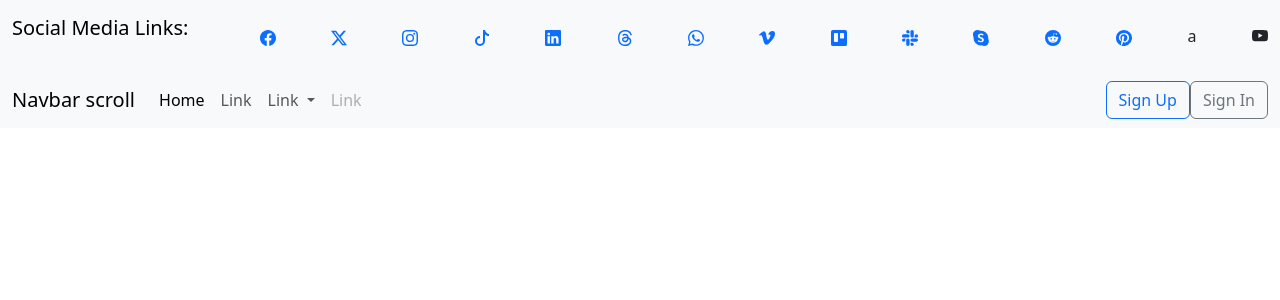
Repository: HaziimYassien/The-Discount-Empire
Page: index.html
The author's editor kept a copy of each file at every save. The page is drawn from the files as they stood at one save, then again after a run of saves.
The browser window is 1280 px wide. The pictures show the whole page.

Above is the page before, as saved 2024-01-24 17:35:19.

### index.html
<!DOCTYPE html>
<html lang="en">
  <head>
    <meta charset="UTF-8" />
    <meta name="viewport" content="width=device-width, initial-scale=1.0" />
    <link rel="stylesheet" href="/style.css" />
    <link rel="stylesheet" href="/css/bootstrap.css" />
    <title>Document</title>
  </head>
  <body>
    <!-- START _SocialMediaBar -->
<nav class="navbar sticky-top navbar-light bg-light">
  <div class="container-fluid">
    <p class="navbar-brand" href="#">Social Media Links: </p>
    <a href="#">
 <svg xmlns="http://www.w3.org/2000/svg" width="16" height="16" fill="currentColor" class="bi bi-facebook" viewBox="0 0 16 16">
  <path d="M16 8.049c0-4.446-3.582-8.05-8-8.05C3.58 0-.002 3.603-.002 8.05c0 4.017 2.926 7.347 6.75 7.951v-5.625h-2.03V8.05H6.75V6.275c0-2.017 1.195-3.131 3.022-3.131.876 0 1.791.157 1.791.157v1.98h-1.009c-.993 0-1.303.621-1.303 1.258v1.51h2.218l-.354 2.326H9.25V16c3.824-.604 6.75-3.934 6.75-7.951"/>
</svg>
    </a>

    <a href="#">
<svg xmlns="http://www.w3.org/2000/svg" width="16" height="16" fill="currentColor" class="bi bi-twitter-x" viewBox="0 0 16 16">
  <path d="M12.6.75h2.454l-5.36 6.142L16 15.25h-4.937l-3.867-5.07-4.425 5.07H.316l5.733-6.57L0 .75h5.063l3.495 4.633L12.601.75Zm-.86 13.028h1.36L4.323 2.145H2.865z"/>
</svg>
</a>
<a href="#">
<svg xmlns="http://www.w3.org/2000/svg" width="16" height="16" fill="currentColor" class="bi bi-instagram" viewBox="0 0 16 16">
  <path d="M8 0C5.829 0 5.556.01 4.703.048 3.85.088 3.269.222 2.76.42a3.9 3.9 0 0 0-1.417.923A3.9 3.9 0 0 0 .42 2.76C.222 3.268.087 3.85.048 4.7.01 5.555 0 5.827 0 8.001c0 2.172.01 2.444.048 3.297.04.852.174 1.433.372 1.942.205.526.478.972.923 1.417.444.445.89.719 1.416.923.51.198 1.09.333 1.942.372C5.555 15.99 5.827 16 8 16s2.444-.01 3.298-.048c.851-.04 1.434-.174 1.943-.372a3.9 3.9 0 0 0 1.416-.923c.445-.445.718-.891.923-1.417.197-.509.332-1.09.372-1.942C15.99 10.445 16 10.173 16 8s-.01-2.445-.048-3.299c-.04-.851-.175-1.433-.372-1.941a3.9 3.9 0 0 0-.923-1.417A3.9 3.9 0 0 0 13.24.42c-.51-.198-1.092-.333-1.943-.372C10.443.01 10.172 0 7.998 0zm-.717 1.442h.718c2.136 0 2.389.007 3.232.046.78.035 1.204.166 1.486.275.373.145.64.319.92.599s.453.546.598.92c.11.281.24.705.275 1.485.039.843.047 1.096.047 3.231s-.008 2.389-.047 3.232c-.035.78-.166 1.203-.275 1.485a2.5 2.5 0 0 1-.599.919c-.28.28-.546.453-.92.598-.28.11-.704.24-1.485.276-.843.038-1.096.047-3.232.047s-2.39-.009-3.233-.047c-.78-.036-1.203-.166-1.485-.276a2.5 2.5 0 0 1-.92-.598 2.5 2.5 0 0 1-.6-.92c-.109-.281-.24-.705-.275-1.485-.038-.843-.046-1.096-.046-3.233s.008-2.388.046-3.231c.036-.78.166-1.204.276-1.486.145-.373.319-.64.599-.92s.546-.453.92-.598c.282-.11.705-.24 1.485-.276.738-.034 1.024-.044 2.515-.045zm4.988 1.328a.96.96 0 1 0 0 1.92.96.96 0 0 0 0-1.92m-4.27 1.122a4.109 4.109 0 1 0 0 8.217 4.109 4.109 0 0 0 0-8.217m0 1.441a2.667 2.667 0 1 1 0 5.334 2.667 2.667 0 0 1 0-5.334"/>
</svg>
</a>
<a href="#">
<svg xmlns="http://www.w3.org/2000/svg" width="16" height="16" fill="currentColor" class="bi bi-tiktok" viewBox="0 0 16 16">
  <path d="M9 0h1.98c.144.715.54 1.617 1.235 2.512C12.895 3.389 13.797 4 15 4v2c-1.753 0-3.07-.814-4-1.829V11a5 5 0 1 1-5-5v2a3 3 0 1 0 3 3z"/>
</svg>
</a>
<a href="#">
<svg xmlns="http://www.w3.org/2000/svg" width="16" height="16" fill="currentColor" class="bi bi-linkedin" viewBox="0 0 16 16">
  <path d="M0 1.146C0 .513.526 0 1.175 0h13.65C15.474 0 16 .513 16 1.146v13.708c0 .633-.526 1.146-1.175 1.146H1.175C.526 16 0 15.487 0 14.854zm4.943 12.248V6.169H2.542v7.225zm-1.2-8.212c.837 0 1.358-.554 1.358-1.248-.015-.709-.52-1.248-1.342-1.248S2.4 3.226 2.4 3.934c0 .694.521 1.248 1.327 1.248zm4.908 8.212V9.359c0-.216.016-.432.08-.586.173-.431.568-.878 1.232-.878.869 0 1.216.662 1.216 1.634v3.865h2.401V9.25c0-2.22-1.184-3.252-2.764-3.252-1.274 0-1.845.7-2.165 1.193v.025h-.016l.016-.025V6.169h-2.4c.03.678 0 7.225 0 7.225z"/>
</svg>
</a>
<a href="#">
<svg xmlns="http://www.w3.org/2000/svg" width="16" height="16" fill="currentColor" class="bi bi-threads" viewBox="0 0 16 16">
  <path d="M6.321 6.016c-.27-.18-1.166-.802-1.166-.802.756-1.081 1.753-1.502 3.132-1.502.975 0 1.803.327 2.394.948s.928 1.509 1.005 2.644q.492.207.905.484c1.109.745 1.719 1.86 1.719 3.137 0 2.716-2.226 5.075-6.256 5.075C4.594 16 1 13.987 1 7.994 1 2.034 4.482 0 8.044 0 9.69 0 13.55.243 15 5.036l-1.36.353C12.516 1.974 10.163 1.43 8.006 1.43c-3.565 0-5.582 2.171-5.582 6.79 0 4.143 2.254 6.343 5.63 6.343 2.777 0 4.847-1.443 4.847-3.556 0-1.438-1.208-2.127-1.27-2.127-.236 1.234-.868 3.31-3.644 3.31-1.618 0-3.013-1.118-3.013-2.582 0-2.09 1.984-2.847 3.55-2.847.586 0 1.294.04 1.663.114 0-.637-.54-1.728-1.9-1.728-1.25 0-1.566.405-1.967.868ZM8.716 8.19c-2.04 0-2.304.87-2.304 1.416 0 .878 1.043 1.168 1.6 1.168 1.02 0 2.067-.282 2.232-2.423a6.2 6.2 0 0 0-1.528-.161"/>
</svg>
</a>
<a href="#">
<svg xmlns="http://www.w3.org/2000/svg" width="16" height="16" fill="currentColor" class="bi bi-whatsapp" viewBox="0 0 16 16">
  <path d="M13.601 2.326A7.85 7.85 0 0 0 7.994 0C3.627 0 .068 3.558.064 7.926c0 1.399.366 2.76 1.057 3.965L0 16l4.204-1.102a7.9 7.9 0 0 0 3.79.965h.004c4.368 0 7.926-3.558 7.93-7.93A7.9 7.9 0 0 0 13.6 2.326zM7.994 14.521a6.6 6.6 0 0 1-3.356-.92l-.24-.144-2.494.654.666-2.433-.156-.251a6.56 6.56 0 0 1-1.007-3.505c0-3.626 2.957-6.584 6.591-6.584a6.56 6.56 0 0 1 4.66 1.931 6.56 6.56 0 0 1 1.928 4.66c-.004 3.639-2.961 6.592-6.592 6.592m3.615-4.934c-.197-.099-1.17-.578-1.353-.646-.182-.065-.315-.099-.445.099-.133.197-.513.646-.627.775-.114.133-.232.148-.43.05-.197-.1-.836-.308-1.592-.985-.59-.525-.985-1.175-1.103-1.372-.114-.198-.011-.304.088-.403.087-.088.197-.232.296-.346.1-.114.133-.198.198-.33.065-.134.034-.248-.015-.347-.05-.099-.445-1.076-.612-1.47-.16-.389-.323-.335-.445-.34-.114-.007-.247-.007-.38-.007a.73.73 0 0 0-.529.247c-.182.198-.691.677-.691 1.654s.71 1.916.81 2.049c.098.133 1.394 2.132 3.383 2.992.47.205.84.326 1.129.418.475.152.904.129 1.246.08.38-.058 1.171-.48 1.338-.943.164-.464.164-.86.114-.943-.049-.084-.182-.133-.38-.232"/>
</svg>
</a>
<a href="#">
<svg xmlns="http://www.w3.org/2000/svg" width="16" height="16" fill="currentColor" class="bi bi-vimeo" viewBox="0 0 16 16">
  <path d="M15.992 4.204q-.106 2.334-3.262 6.393-3.263 4.243-5.522 4.243-1.4 0-2.367-2.583L3.55 7.523Q2.83 4.939 2.007 4.94q-.178.001-1.254.754L0 4.724a210 210 0 0 0 2.334-2.081q1.581-1.364 2.373-1.437 1.865-.185 2.298 2.553.466 2.952.646 3.666.54 2.447 1.186 2.445.5 0 1.508-1.587 1.006-1.587 1.077-2.415.144-1.37-1.077-1.37a3 3 0 0 0-1.185.261q1.183-3.86 4.508-3.756 2.466.075 2.324 3.2z"/>
</svg>
</a>
<a href="#">
<svg xmlns="http://www.w3.org/2000/svg" width="16" height="16" fill="currentColor" class="bi bi-trello" viewBox="0 0 16 16">
  <path d="M14.1 0H1.903C.852 0 .002.85 0 1.9v12.19A1.9 1.9 0 0 0 1.902 16h12.199A1.9 1.9 0 0 0 16 14.09V1.9A1.9 1.9 0 0 0 14.1 0M7 11.367a.636.636 0 0 1-.64.633H3.593a.633.633 0 0 1-.63-.633V3.583c0-.348.281-.631.63-.633h2.765c.35.002.632.284.633.633zm6.052-3.5a.633.633 0 0 1-.64.633h-2.78A.636.636 0 0 1 9 7.867V3.583a.636.636 0 0 1 .633-.633h2.778c.35.002.631.285.631.633z"/>
</svg>
</a>
<a href="#">
<svg xmlns="http://www.w3.org/2000/svg" width="16" height="16" fill="currentColor" class="bi bi-slack" viewBox="0 0 16 16">
  <path d="M3.362 10.11c0 .926-.756 1.681-1.681 1.681S0 11.036 0 10.111.756 8.43 1.68 8.43h1.682zm.846 0c0-.924.756-1.68 1.681-1.68s1.681.756 1.681 1.68v4.21c0 .924-.756 1.68-1.68 1.68a1.685 1.685 0 0 1-1.682-1.68zM5.89 3.362c-.926 0-1.682-.756-1.682-1.681S4.964 0 5.89 0s1.68.756 1.68 1.68v1.682zm0 .846c.924 0 1.68.756 1.68 1.681S6.814 7.57 5.89 7.57H1.68C.757 7.57 0 6.814 0 5.89c0-.926.756-1.682 1.68-1.682zm6.749 1.682c0-.926.755-1.682 1.68-1.682S16 4.964 16 5.889s-.756 1.681-1.68 1.681h-1.681zm-.848 0c0 .924-.755 1.68-1.68 1.68A1.685 1.685 0 0 1 8.43 5.89V1.68C8.43.757 9.186 0 10.11 0c.926 0 1.681.756 1.681 1.68zm-1.681 6.748c.926 0 1.682.756 1.682 1.681S11.036 16 10.11 16s-1.681-.756-1.681-1.68v-1.682h1.68zm0-.847c-.924 0-1.68-.755-1.68-1.68s.756-1.681 1.68-1.681h4.21c.924 0 1.68.756 1.68 1.68 0 .926-.756 1.681-1.68 1.681z"/>
</svg>
</a>
<a href="#">
<svg xmlns="http://www.w3.org/2000/svg" width="16" height="16" fill="currentColor" class="bi bi-skype" viewBox="0 0 16 16">
  <path d="M4.671 0c.88 0 1.733.247 2.468.702a7.42 7.42 0 0 1 6.02 2.118 7.37 7.37 0 0 1 2.167 5.215q0 .517-.072 1.026a4.66 4.66 0 0 1 .6 2.281 4.64 4.64 0 0 1-1.37 3.294A4.67 4.67 0 0 1 11.18 16c-.84 0-1.658-.226-2.37-.644a7.42 7.42 0 0 1-6.114-2.107A7.37 7.37 0 0 1 .529 8.035q0-.545.08-1.081a4.644 4.644 0 0 1 .76-5.59A4.68 4.68 0 0 1 4.67 0zm.447 7.01c.18.309.43.572.729.769a7 7 0 0 0 1.257.653q.737.308 1.145.523c.229.112.437.264.615.448.135.142.21.331.21.528a.87.87 0 0 1-.335.723c-.291.196-.64.289-.99.264a2.6 2.6 0 0 1-1.048-.206 11 11 0 0 1-.532-.253 1.3 1.3 0 0 0-.587-.15.72.72 0 0 0-.501.176.63.63 0 0 0-.195.491.8.8 0 0 0 .148.482 1.2 1.2 0 0 0 .456.354 5.1 5.1 0 0 0 2.212.419 4.6 4.6 0 0 0 1.624-.265 2.3 2.3 0 0 0 1.08-.801c.267-.39.402-.855.386-1.327a2.1 2.1 0 0 0-.279-1.101 2.5 2.5 0 0 0-.772-.792A7 7 0 0 0 8.486 7.3a1 1 0 0 0-.145-.058 18 18 0 0 1-1.013-.447 1.8 1.8 0 0 1-.54-.387.73.73 0 0 1-.2-.508.8.8 0 0 1 .385-.723 1.76 1.76 0 0 1 .968-.247c.26-.003.52.03.772.096q.412.119.802.293c.105.049.22.075.336.076a.6.6 0 0 0 .453-.19.7.7 0 0 0 .18-.496.72.72 0 0 0-.17-.476 1.4 1.4 0 0 0-.556-.354 3.7 3.7 0 0 0-.708-.183 6 6 0 0 0-1.022-.078 4.5 4.5 0 0 0-1.536.258 2.7 2.7 0 0 0-1.174.784 1.9 1.9 0 0 0-.45 1.287c-.01.37.076.736.25 1.063"/>
</svg>
</a>
<a href="#">
<svg xmlns="http://www.w3.org/2000/svg" width="16" height="16" fill="currentColor" class="bi bi-reddit" viewBox="0 0 16 16">
  <path d="M6.167 8a.83.83 0 0 0-.83.83c0 .459.372.84.83.831a.831.831 0 0 0 0-1.661m1.843 3.647c.315 0 1.403-.038 1.976-.611a.23.23 0 0 0 0-.306.213.213 0 0 0-.306 0c-.353.363-1.126.487-1.67.487-.545 0-1.308-.124-1.671-.487a.213.213 0 0 0-.306 0 .213.213 0 0 0 0 .306c.564.563 1.652.61 1.977.61zm.992-2.807c0 .458.373.83.831.83s.83-.381.83-.83a.831.831 0 0 0-1.66 0z"/>
  <path d="M16 8A8 8 0 1 1 0 8a8 8 0 0 1 16 0m-3.828-1.165c-.315 0-.602.124-.812.325-.801-.573-1.9-.945-3.121-.993l.534-2.501 1.738.372a.83.83 0 1 0 .83-.869.83.83 0 0 0-.744.468l-1.938-.41a.2.2 0 0 0-.153.028.2.2 0 0 0-.086.134l-.592 2.788c-1.24.038-2.358.41-3.17.992-.21-.2-.496-.324-.81-.324a1.163 1.163 0 0 0-.478 2.224q-.03.17-.029.353c0 1.795 2.091 3.256 4.669 3.256s4.668-1.451 4.668-3.256c0-.114-.01-.238-.029-.353.401-.181.688-.592.688-1.069 0-.65-.525-1.165-1.165-1.165"/>
</svg>
</a>
<a href="#">
<svg xmlns="http://www.w3.org/2000/svg" width="16" height="16" fill="currentColor" class="bi bi-pinterest" viewBox="0 0 16 16">
  <path d="M8 0a8 8 0 0 0-2.915 15.452c-.07-.633-.134-1.606.027-2.297.146-.625.938-3.977.938-3.977s-.239-.479-.239-1.187c0-1.113.645-1.943 1.448-1.943.682 0 1.012.512 1.012 1.127 0 .686-.437 1.712-.663 2.663-.188.796.4 1.446 1.185 1.446 1.422 0 2.515-1.5 2.515-3.664 0-1.915-1.377-3.254-3.342-3.254-2.276 0-3.612 1.707-3.612 3.471 0 .688.265 1.425.595 1.826a.24.24 0 0 1 .056.23c-.061.252-.196.796-.222.907-.035.146-.116.177-.268.107-1-.465-1.624-1.926-1.624-3.1 0-2.523 1.834-4.84 5.286-4.84 2.775 0 4.932 1.977 4.932 4.62 0 2.757-1.739 4.976-4.151 4.976-.811 0-1.573-.421-1.834-.919l-.498 1.902c-.181.695-.669 1.566-.995 2.097A8 8 0 1 0 8 0"/>
</svg>
</a>
a
<svg xmlns="http://www.w3.org/2000/svg" width="16" height="16" fill="currentColor" class="bi bi-youtube" viewBox="0 0 16 16">
  <path d="M8.051 1.999h.089c.822.003 4.987.033 6.11.335a2.01 2.01 0 0 1 1.415 1.42c.101.38.172.883.22 1.402l.01.104.022.26.008.104c.065.914.073 1.77.074 1.957v.075c-.001.194-.01 1.108-.082 2.06l-.008.105-.009.104c-.05.572-.124 1.14-.235 1.558a2.01 2.01 0 0 1-1.415 1.42c-1.16.312-5.569.334-6.18.335h-.142c-.309 0-1.587-.006-2.927-.052l-.17-.006-.087-.004-.171-.007-.171-.007c-1.11-.049-2.167-.128-2.654-.26a2.01 2.01 0 0 1-1.415-1.419c-.111-.417-.185-.986-.235-1.558L.09 9.82l-.008-.104A31 31 0 0 1 0 7.68v-.123c.002-.215.01-.958.064-1.778l.007-.103.003-.052.008-.104.022-.26.01-.104c.048-.519.119-1.023.22-1.402a2.01 2.01 0 0 1 1.415-1.42c.487-.13 1.544-.21 2.654-.26l.17-.007.172-.006.086-.003.171-.007A100 100 0 0 1 7.858 2zM6.4 5.209v4.818l4.157-2.408z"/>
</svg>
  </div>
</nav>
    <!-- END _SocialMediaBar -->
    <!-- START _NavBar -->
    <nav class="navbar navbar-expand-lg navbar-light bg-light">
      <div class="container-fluid">
        <a class="navbar-brand" href="#">Navbar scroll</a>
        <button
          class="navbar-toggler"
          type="button"
          data-bs-toggle="collapse"
          data-bs-target="#navbarScroll"
          aria-controls="navbarScroll"
          aria-expanded="false"
          aria-label="Toggle navigation"
        >
          <span class="navbar-toggler-icon"></span>
        </button>
        <div class="collapse navbar-collapse" id="navbarScroll">
          <ul
            class="navbar-nav me-auto my-2 my-lg-0 navbar-nav-scroll"
            style="--bs-scroll-height: 100px"
          >
            <li class="nav-item">
              <a class="nav-link active" aria-current="page" href="#">Home</a>
            </li>
            <li class="nav-item">
              <a class="nav-link" href="#">Link</a>
            </li>
            <li class="nav-item dropdown">
              <a
                class="nav-link dropdown-toggle"
                href="#"
                id="navbarScrollingDropdown"
                role="button"
                data-bs-toggle="dropdown"
                aria-expanded="false"
              >
                Link
              </a>
              <ul
                class="dropdown-menu"
                aria-labelledby="navbarScrollingDropdown"
              >
                <li><a class="dropdown-item" href="#">Action</a></li>
                <li><a class="dropdown-item" href="#">Another action</a></li>
                <li><hr class="dropdown-divider" /></li>
                <li>
                  <a class="dropdown-item" href="#">Something else here</a>
                </li>
              </ul>
            </li>
            <li class="nav-item">
              <a
                class="nav-link disabled"
                href="#"
                tabindex="-1"
                aria-disabled="true"
                >Link</a
              >
            </li>
          </ul>

            <button class="btn btn-outline-primary" type="#">
              Sign Up
            </button>
              <button class="btn btn-outline-secondary" type="#">
              Sign In
            </button>
          </form>
        </div>
      </div>
    </nav>
    <!-- END _NavBar -->

    <script src="/js/bootstrap.js"></script>
    <script src="/script.js"></script>
  </body>
</html>

Loaded but not shown: css/bootstrap.css (library); js/bootstrap.js (library); style.css (no stored copy; drawn as an empty file); script.js (no stored copy; drawn as an empty file)

After the next 4 saves:
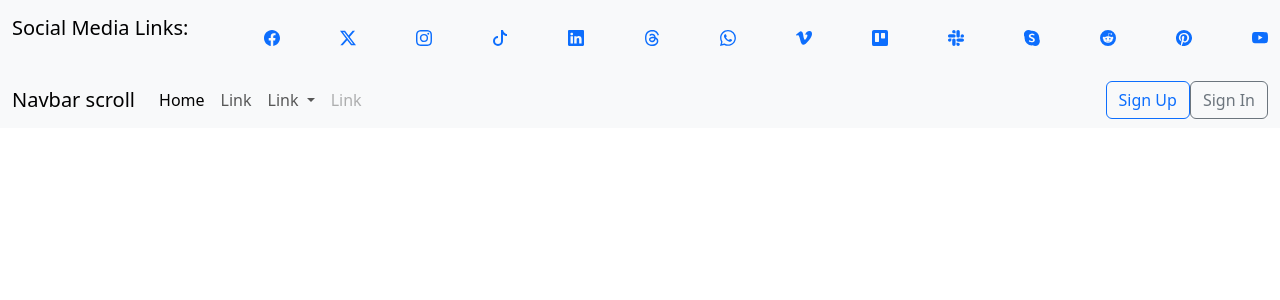
The 4 saves are shown as one change because they came seconds apart.
The last was saved 14 s later.
--- a/index.html
+++ b/index.html
@@ -79,10 +79,11 @@
   <path d="M8 0a8 8 0 0 0-2.915 15.452c-.07-.633-.134-1.606.027-2.297.146-.625.938-3.977.938-3.977s-.239-.479-.239-1.187c0-1.113.645-1.943 1.448-1.943.682 0 1.012.512 1.012 1.127 0 .686-.437 1.712-.663 2.663-.188.796.4 1.446 1.185 1.446 1.422 0 2.515-1.5 2.515-3.664 0-1.915-1.377-3.254-3.342-3.254-2.276 0-3.612 1.707-3.612 3.471 0 .688.265 1.425.595 1.826a.24.24 0 0 1 .056.23c-.061.252-.196.796-.222.907-.035.146-.116.177-.268.107-1-.465-1.624-1.926-1.624-3.1 0-2.523 1.834-4.84 5.286-4.84 2.775 0 4.932 1.977 4.932 4.62 0 2.757-1.739 4.976-4.151 4.976-.811 0-1.573-.421-1.834-.919l-.498 1.902c-.181.695-.669 1.566-.995 2.097A8 8 0 1 0 8 0"/>
 </svg>
 </a>
-a
+<a href="#">
 <svg xmlns="http://www.w3.org/2000/svg" width="16" height="16" fill="currentColor" class="bi bi-youtube" viewBox="0 0 16 16">
   <path d="M8.051 1.999h.089c.822.003 4.987.033 6.11.335a2.01 2.01 0 0 1 1.415 1.42c.101.38.172.883.22 1.402l.01.104.022.26.008.104c.065.914.073 1.77.074 1.957v.075c-.001.194-.01 1.108-.082 2.06l-.008.105-.009.104c-.05.572-.124 1.14-.235 1.558a2.01 2.01 0 0 1-1.415 1.42c-1.16.312-5.569.334-6.18.335h-.142c-.309 0-1.587-.006-2.927-.052l-.17-.006-.087-.004-.171-.007-.171-.007c-1.11-.049-2.167-.128-2.654-.26a2.01 2.01 0 0 1-1.415-1.419c-.111-.417-.185-.986-.235-1.558L.09 9.82l-.008-.104A31 31 0 0 1 0 7.68v-.123c.002-.215.01-.958.064-1.778l.007-.103.003-.052.008-.104.022-.26.01-.104c.048-.519.119-1.023.22-1.402a2.01 2.01 0 0 1 1.415-1.42c.487-.13 1.544-.21 2.654-.26l.17-.007.172-.006.086-.003.171-.007A100 100 0 0 1 7.858 2zM6.4 5.209v4.818l4.157-2.408z"/>
 </svg>
+</a>
   </div>
 </nav>
     <!-- END _SocialMediaBar -->
